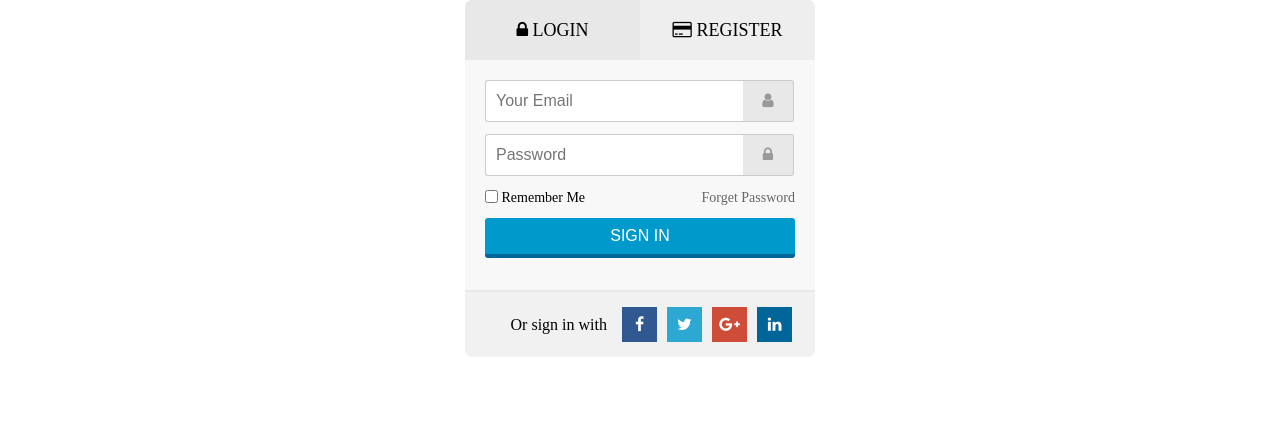
Repository: vishal22091997/MyWebApp
Page: http://localhost/MyWebApp/LoginForm.jsp
The author's editor kept a copy of each file at every save. The page is drawn from the files as they stood at one save, then again after the next save.
The browser window is 1280 px wide. The pictures show the whole page.
Some web fonts or font styles are not loaded; a fallback is used. Some web libraries are served in a nearby version. The page is served by Tomcat 9.

Above is the page before, as saved 2017-06-11 17:55:25.

After the next save:
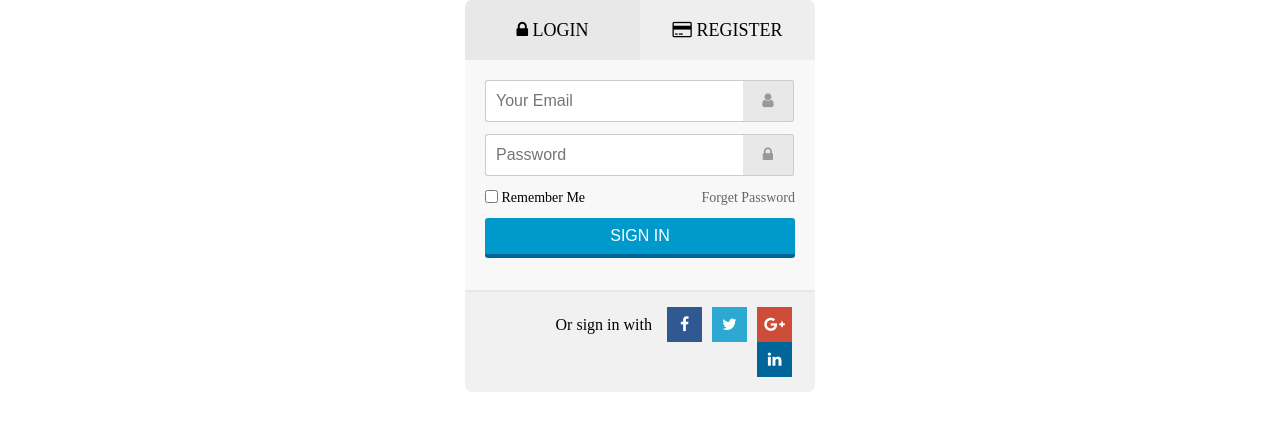
Saved 2 min 24 s later.
--- a/MyWebApp/src/main/webapp/LoginForm.jsp
+++ b/MyWebApp/src/main/webapp/LoginForm.jsp
@@ -101,6 +101,7 @@ li,ul,body,input{margin:0; padding:0; list-style:none}
 <a href="" class="fb"><i class="fa fa-facebook"></i></a>
 <a href="" class="tw"><i class="fa fa-twitter"></i></a>
 <a href="" class="gp"><i class="fa fa-google-plus"></i></a>
+<div class="g-signin2" data-onsuccess="SignIn" style="width:100%">
 <a href="" class="in"><i class="fa fa-linkedin"></i></a>
 </div>
 </section>
